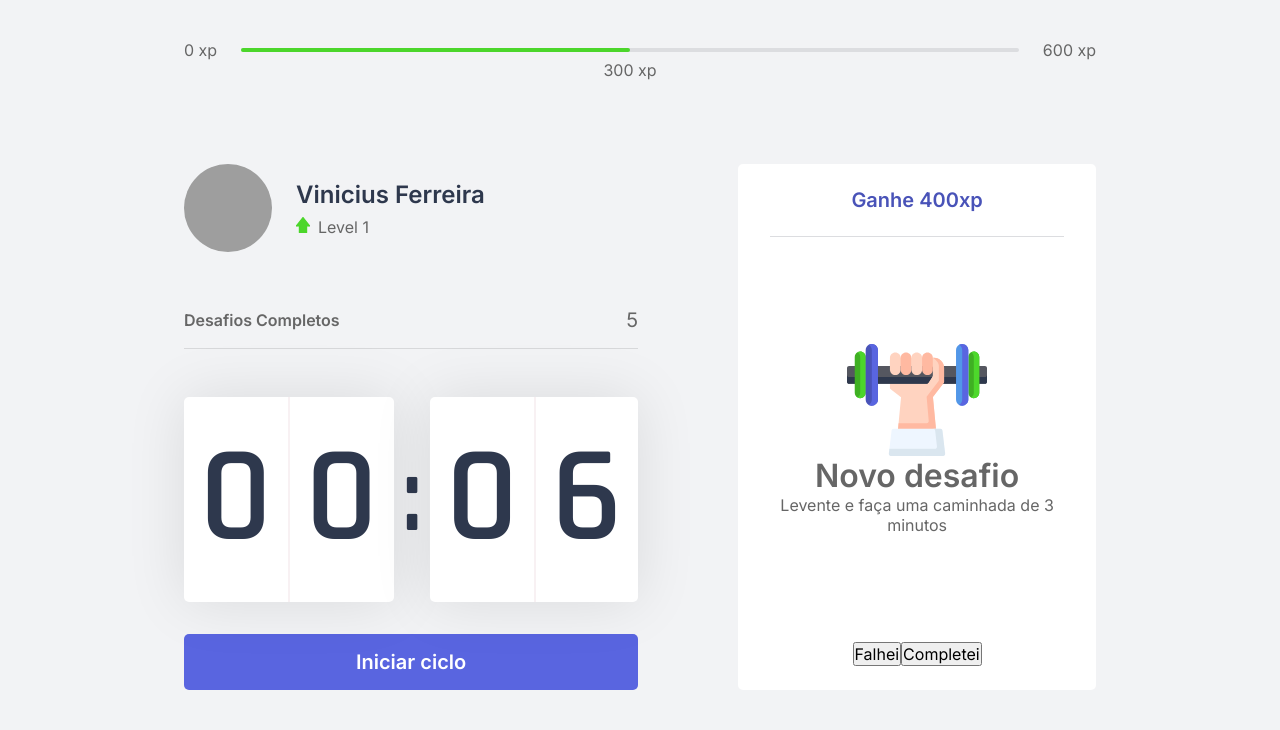
Repository: viniciusfg05/nlwFocus
Page: /
These files come from the project's save history. The page is drawn as it stood at one moment and after the next save; the edit follows.
The browser window is 1280 px wide. The pictures show the whole page.
Pictures or frames that could not be fetched are drawn as grey boxes. The project was rebuilt for these pictures with package versions that can differ from the ones it lists, and the page was loaded fresh each time. The framework's server and built-in components were replaced by stand-ins that run in the browser.

Above is the page before, as saved 2022-02-28 14:01:56.

### src/pages/_app.tsx
import '../styles/global.css'

import { AppProps } from 'next/app'

function MyApp({ Component, pageProps }: AppProps) {
  return <Component {...pageProps} />
}

export default MyApp

### src/pages/_document.tsx
import Document, { Html, Head, Main, NextScript} from 'next/document'

export default class Mydocument extends Document {
    render() {
        return(
            <Html>
                <Head>
                    <link rel='shortcut icon' href='favicon.png' type='image/png' />

                    <link rel="preconnect" href="https://fonts.gstatic.com" />
                    <link href="https://fonts.googleapis.com/css2?family=Inter:wght@400;500;600&family=Rajdhani:wght@600&display=swap" rel="stylesheet" />
                </Head>
                <body>
                    <Main />
                    <NextScript />
                </body>
            </Html>
        )
    }
}

### src/pages/index.tsx
import { CompleteChallenges } from "../components/CompleteChallenges";
import { CountDown } from "../components/CountDown";
import { ExperienceBar } from "../components/ExperinceBar";
import { Profile } from "../components/Profile";
import { ChallegesBox } from "../components/ChallegesBox";

import styles from "../styles/pages/Home.module.css"

import Head from 'next/head'

export default function Home() {
  return (
    <div className={styles.container}>
      <Head>
        <title>Inicio | Focus</title>
      </Head>

      <ExperienceBar />

      <section>
        <div>
          <Profile />
          <CompleteChallenges />
          <CountDown />
        </div>
        <div>
          <ChallegesBox />
        </div>
      </section>

    </div>
  )
}

### src/styles/global.css
*{
    margin: 0;
    padding: 0;
    box-sizing: border-box;
}

:root{
    --white: #fff;
    --background: #f2f3f5;
    --gray-line: #DCDDE0;
    --text: #666666;
    --text-highligth: #B3B9FF;
    --title: #2E384D;
    --red: #E83F5B;
    --green: #4CD62B;
    --blue: #5965E0;
    --blue-dark: #4953B8;
    --blue-twitter: #2AA9E0;
}

@media(max-white: 1080px) {
    html{
        font-size: 93.75%;
    }
}

@media(max-white: 750px) {
    html{
        font-size: 87.5%;
    }
}

body{
    background-color: var(--background);
    color: var(--text);

}

body, input, textarea, button {
    font: 400 1rem 'inter', sans-serif;
}

button{
    cursor: pointer;
}

a{
    color: inherit; /* para erdar a color do container */
    text-decoration: none;
}

### src/components/CompleteChallenges.tsx
import styles from '../styles/components/CompleteChallenges.module.css'


export function CompleteChallenges() {
    return(
        <div className={styles.CompleteChallenges}>
            <strong>Desafios Completos</strong>
            <span>5</span>
        </div>
    )
}

### src/components/CountDown.tsx
import { useState, useEffect } from 'react'
import styles from '../styles/components/CountDown.module.css'

let countDownTimeOut: NodeJS.Timeout; //para cancelar o timeOut


export function CountDown() {
    const [ time, setTime ] = useState(0.1 * 60)
    const [ isActive, setIsActive ] = useState(false)// para iniciar com desabilitado o conometro
    const [ timeFineshed, setTimeFineshed] = useState(false)

    const minutos = Math.floor(time / 60);
    const segundos = (time % 60); // '%' resto da divisão

    const [minuteLefts, minuteRight] = String(minutos).padStart(2, '0').split('')
    const [ segundosLefts, segundosRights ] = String(segundos).padStart(2, '0').split('')

    // padStart(2 '0') = para os numero a baixo de 10 ele vai add um '0' no inicio, ex. '05'
    // split('') = ele vai pera a string por exemplo '25' e repartir em dois '2' e '5'. split devolve um array com primeiro e segundo caractere

    function startCoutDown() {
        setIsActive(true);
    }

    function CancelCoutDown() {
        clearTimeout(countDownTimeOut)
        setIsActive(false);
        setTime((0.1 * 60))
    }

    useEffect(() => {
        if (isActive && time > 0) {
            countDownTimeOut = setTimeout(() => {setTime(time - 1);}, 1000)
        } else if (isActive && time === 0) {
            setTimeFineshed(true)
            setIsActive(false);

        }
    }, [isActive, time]);

    // setTimeout(() => {setTime(time - 1);}, 1000) = setTimeout = depois de 1000ms execute uma função; setTime recebe o valor de time -1.ou seja ele mudar para -1 a cada 1s e se add o time no useEffect sempre que o time mudar ele tira mais 1 segundo
    return(
        <div>
            <div className={styles.CountDownContainer}>
            <div>
                <span>{minuteLefts}</span>
                <span>{minuteRight}</span>
            </div>
            <span>:</span>
            <div>
                <span>{segundosLefts}</span>
                <span>{segundosRights}</span>
            </div>
        </div>

        {timeFineshed ? (
            <button
            disabled
            className={`${styles.CountdownButton} ${styles.CountdownButtonFinished}`}
            >
                Cliclo encerrado
            </button>
        ) : (
            <>
                { isActive ? (
                    <button
                    type="button"
                    className={`${styles.CountdownButton} ${styles.CountdownButtonActive} `}
                    onClick={CancelCoutDown}
                    >
                        Abondonar ciclo
                    </button>
                ) : (
                    <button
                        type="button"
                        className={styles.CountdownButton}
                        onClick={startCoutDown}
                     >
                        Iniciar ciclo
                    </button>
                )}
            </>
        )}






        </div>
    )
}

### src/components/ExperinceBar.tsx
import styles from '../styles/components/ExperienceBar.module.css'

export function ExperienceBar() {
    return(
        <header className={styles.experienceBar}>
            <span>0 xp</span>
                <div>
                    <div style={{ width: '50%',}}/>

                    <span className={styles.currentExperience} style={{ left: '50%'}}>300 xp</span>
                </div>
            <span>600 xp</span>
        </header>
    )
}

### src/components/Profile.tsx
import styles from '../styles/components/Profile.module.css'


export function Profile() {
    return(
        <div className={styles.profileContainer} >
            <img src="https://avatars.githubusercontent.com/u/68232658?s=400&u=003f61fe1fe4474daf9c3f5226d596c5f99dd759&v=4" alt="Vinicius Ferreira" />
            <div>
                <strong>Vinicius Ferreira</strong>
                <p>
                    <img src="icons/level.svg" alt="Level" />
                    Level 1
                </p>
            </div>
        </div>
    )
}

### src/components/ChallegesBox.tsx
import styles from '../styles/components/ChallegesBox.module.css'

export function ChallegesBox() {
  const hasActiveChallengen = true

  return (
    <div className={styles.ChallegesBoxContainer}>
      {hasActiveChallengen ? (
        <div className={styles.ChallegesBoxActive}>
          <header>Ganhe 400xp</header>
          <main>
            <img src="icons/body.svg" alt="Ganhe 400xp" />
            <strong>Novo desafio</strong>
            <p>Levente e faça uma caminhada de 3 minutos</p>
          </main>

          <footer>
            <button
            type="button"
            className={styles.ChallegesFailedButton}
            >
              Falhei
            </button>

            <button
            type="button"
            className={styles.ChallegesCompleteButton}
            >
              Completei
            </button>
          </footer>
        </div>


      ) : (
        <div className={styles.ChallegesBoxNotActive}>
        <strong>Finalize um ciclo para receber um desafio</strong>
        <p>
          <img src="icons/level-up.svg" alt="Level up" />
          Avance de level completando os desafios
        </p>
      </div>
      )}
    </div>
  )
}

### src/styles/pages/Home.module.css
.container{
    height: 100;
    max-width: 992px;
    margin: 0 auto;
    padding: 2.5rem;

    display: flex;
    flex-direction: column;

    gap: 6.5rem;
}

.container section {
    flex: 1;

    display: grid;
    grid-template-columns: 1fr 1fr;
    gap: 6.25rem;
    align-content: center;
}

### src/styles/components/CompleteChallenges.module.css
.CompleteChallenges {
    display: flex;
    align-items: center;
    justify-content: space-between;

    margin: 3.5rem 0 0;
    padding-bottom: 1rem;
    border-bottom: 1px solid #d7d8da;
    font-weight: 400;
    /* font: "Inter", sans-serif; ; */
    margin-bottom: 3rem
}


.CompleteChallenges span:first-child{
    font-size: 1.25rem;
}


.CompleteChallenges span:last-child{
    font-size: 1.25rem;
}

### src/styles/components/CountDown.module.css
.CountDownContainer {
  display: flex;
  align-items: center;
  font-family: Rajdhani;
  font-weight: 600;
  color: var(--title);
}

.CountDownContainer > div {
  flex: 1;

  display: flex;
  align-items: center;
  justify-content: space-evenly;

  background-color: var(--white);
  box-shadow: 0 0 60px rgba(0, 0, 0, 0.1);
  border-radius: 5px;
  font-size: 8.5rem;
  text-align: center;
}

.CountDownContainer > div span {
  flex: 1;
}

.CountDownContainer > div span:first-child {
  border-right: 1px solid #f8f1f3;
  padding: 1rem;
}

.CountDownContainer > div span:last-child {
  border-left: 1px solid #f8f1f3;
  padding: 1rem;
}

.CountDownContainer > span {
  font-size: 6.5rem;
  margin: 0 0.5rem;
}

.CountdownButton {
  width: 100%;
  height: 3.5rem;

  margin-top: 2rem;

  display: flex;
  align-items: center;
  justify-content: center;

  border: 0;
  border-radius: 5px;
  background-color: var(--blue);
  color: var(--white);

  font-size: 1.25rem;
  font-weight: 600;
  transition: background-color 0.3s;
}

.CountdownButton:not(:disabled):hover {
  background-color: var(--blue-dark);
}

.CountdownButtonActive {
  background-color: var(--red);
  color: var(--gray-line);

  transition: 0.3s;
}

.CountdownButtonActive:hover {
  background-color: #b83349;
  color: var(--gray-line);
}

.CountdownButtonFinished {
  background-color: var(--green);
  color: var(--title);
  cursor: not-allowed;
}

### src/styles/components/ExperienceBar.module.css
.experienceBar {
    display: flex;
    align-items: center;
}

.experienceBar spam {
    font-size: 1 rem;
}

.experienceBar > div {
    flex: 1;
    height: 4px;
    border-radius: 4px;
    background-color: var(--gray-line);
    margin: 0 1.5rem;
    position: relative;
}

.experienceBar > div > div{
    height: 4px;
    border-radius: 4px;
    background-color: var(--green)
}

span.currentExperience{
    position: absolute;
    top: 12px;
    transform: translateX(-50%)
}

### src/styles/components/Profile.module.css
.profileContainer {
    display: flex;
    align-items: center;
}

.profileContainer > img{
    width: 5.5rem;
    height: 5.5rem;
    border-radius: 50%;
}

.profileContainer div{
    margin-left: 1.5rem;
}

.profileContainer div strong {
    font-size: 1.5rem;
    font-weight: 600;
    color: var(--title);
}

.profileContainer div p {
    font-size: 1rem;
    margin-top: 0.5rem;
}

.profileContainer div p img {
    margin-right: 0.5rem;
}

### src/styles/components/ChallegesBox.module.css
.ChallegesBoxContainer {
  height: 100%;
  background: var(--white);
  border-radius: 5px;
  padding: 1.5rem 2rem;
  display: flex;
  flex-direction: column;
  align-items: center;
  justify-content: center;

  text-align: center;
}

.ChallegesBoxNotActive {
  display: flex;
  flex-direction: column;
  align-items: center;
}

.ChallegesBoxNotActive strong {
  font-size: 1.5rem;
  font-weight: 500;
  line-height: 1.4rem;
}

.ChallegesBoxNotActive p {
  display: flex;
  flex-direction: column;
  align-items: center;
  line-height: 1.4rem;
  max-width: 70%;
  margin-top: 3rem;
}

.ChallegesBoxNotActive p img {
  margin-bottom: 1rem;
}

.ChallegesBoxActive {
  height: 100%;
  display: flex;
  flex-direction: column;
}

.ChallegesBoxActive header {
  color: var(--blue-dark);
  font-weight: 600;
  font-size: 1.25rem;
  padding: 0 2rem 1.5rem;
  border-bottom: 1px solid var(--gray-line);
}

.ChallegesBoxActive main {
  flex: 1;
  display: flex;
  flex-direction: column;
  align-items: center;
  justify-content: center;
}

.ChallegesBoxActive main strong {
  font-size: 2rem;
  font-weight: 600;
}

After the next save:
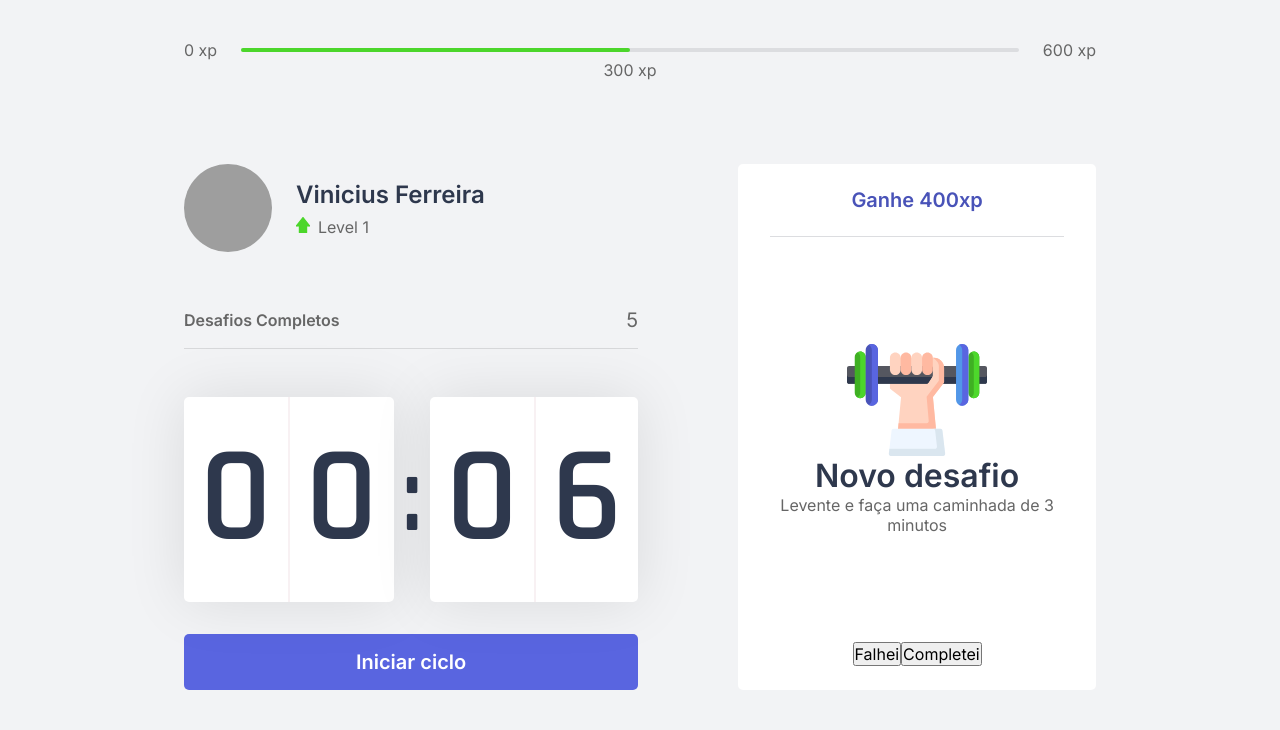
Saved 6 s later.
--- a/src/styles/components/ChallegesBox.module.css
+++ b/src/styles/components/ChallegesBox.module.css
@@ -61,4 +61,5 @@
 .ChallegesBoxActive main strong {
   font-size: 2rem;
   font-weight: 600;
+  color: var(--title);
 }
